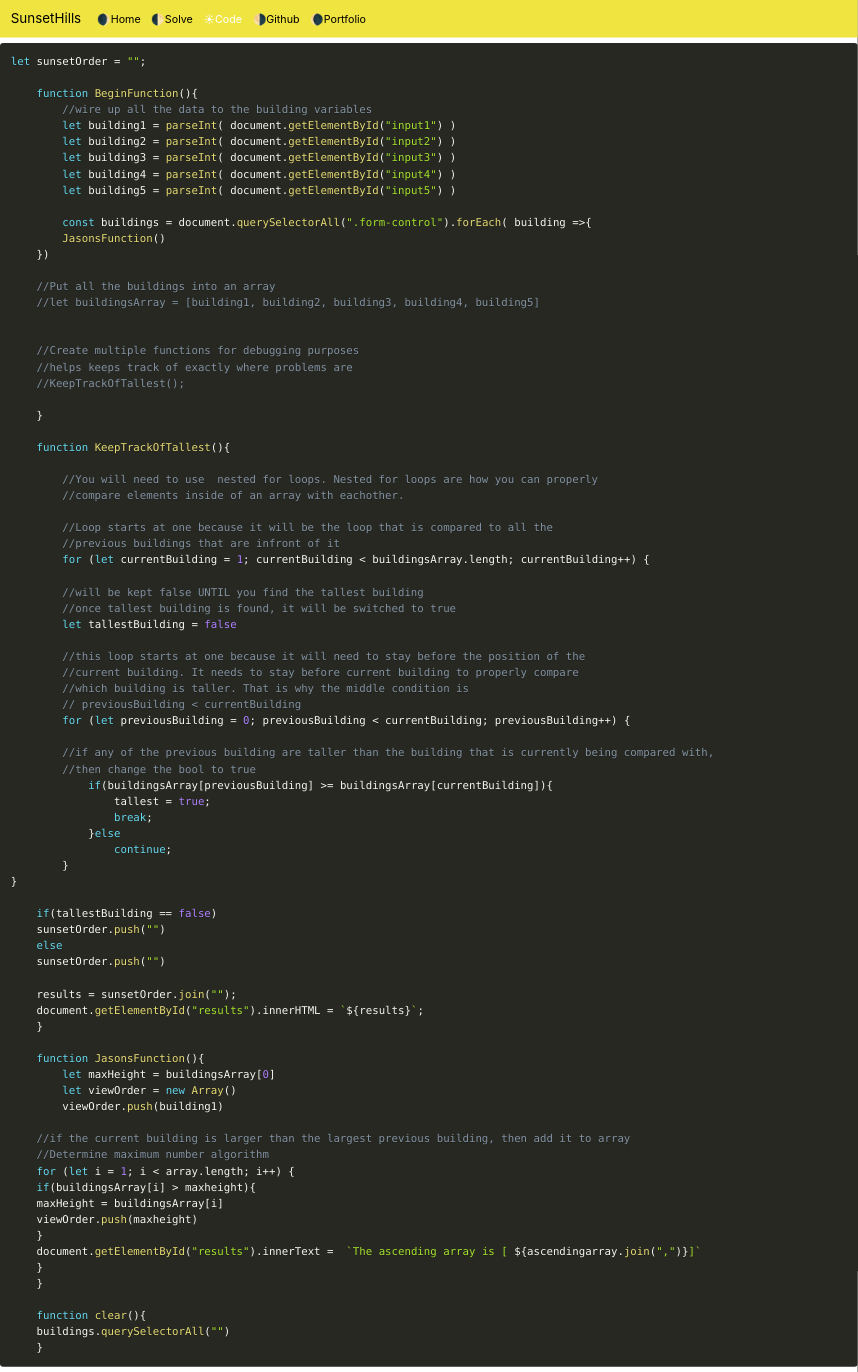
Repository: zhadjah9559/SunsetHills
Page: code.html
These files come from the project's save history. The page is drawn as it stood at one moment and after the next save; the edit follows.
The browser window is 1280 px wide. The pictures show the whole page, at 67% of full size.

Above is the page before, as saved 2021-01-14 17:21:36.

After the next save:
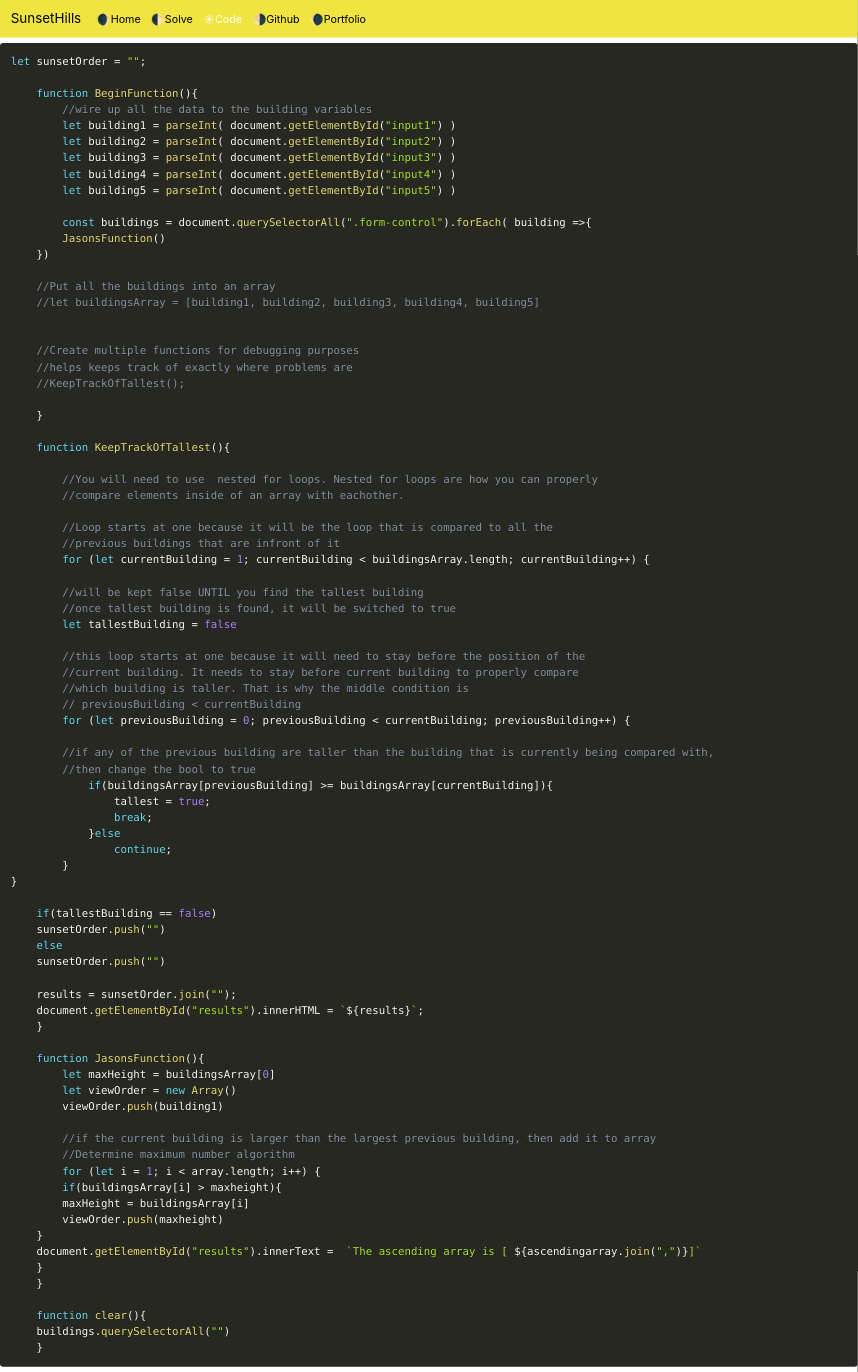
Saved 18 s later.
--- a/code.html
+++ b/code.html
@@ -110,12 +110,12 @@
         let viewOrder = new Array()
         viewOrder.push(building1)
 
-    //if the current building is larger than the largest previous building, then add it to array
-    //Determine maximum number algorithm
-    for (let i = 1; i < array.length; i++) {
-    if(buildingsArray[i] > maxheight){
-    maxHeight = buildingsArray[i]
-    viewOrder.push(maxheight)
+        //if the current building is larger than the largest previous building, then add it to array
+        //Determine maximum number algorithm
+        for (let i = 1; i < array.length; i++) {
+        if(buildingsArray[i] > maxheight){
+        maxHeight = buildingsArray[i]
+        viewOrder.push(maxheight)
     }
     document.getElementById("results").innerText =  `The ascending array is [ ${ascendingarray.join(",")}]`
     }
